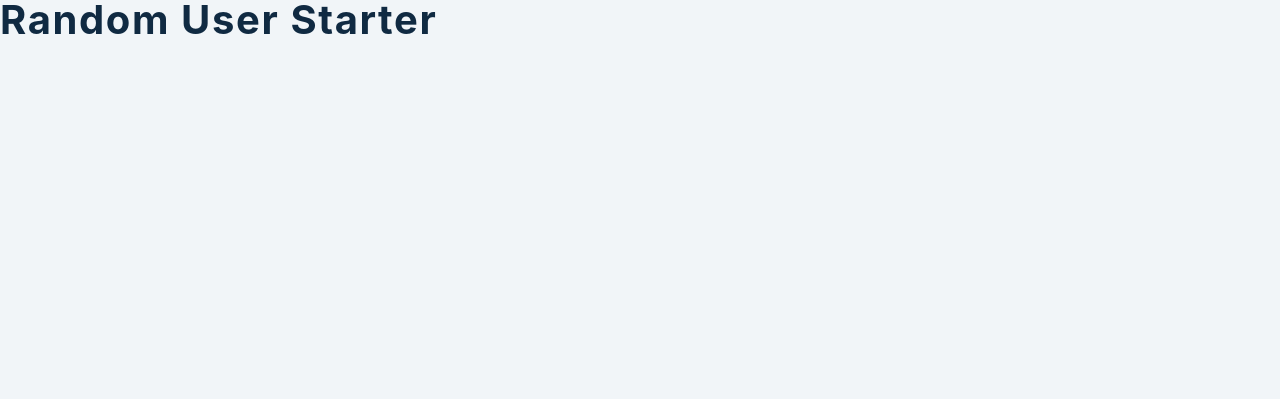
Repository: bodescuanamariia/random-user-generator
Page: /
The author's editor kept a copy of each file at every save. The page is drawn from the files as they stood at one save, then again after the next save.
The browser window is 1280 px wide. The pictures show the whole page.
The project was rebuilt for these pictures with package versions that can differ from the ones it lists, and the page was loaded fresh each time.

Above is the page before, as saved 2022-05-11 11:17:44.

### src/index.css
/*
===============
Variables
===============
*/

:root {
  /* dark shades of primary color*/
  --clr-primary-1: hsl(205, 86%, 17%);
  --clr-primary-2: hsl(205, 77%, 27%);
  --clr-primary-3: hsl(205, 72%, 37%);
  --clr-primary-4: hsl(205, 63%, 48%);
  /* primary/main color */
  --clr-primary-5: hsl(205, 78%, 60%);
  /* lighter shades of primary color */
  --clr-primary-6: hsl(205, 89%, 70%);
  --clr-primary-7: hsl(205, 90%, 76%);
  --clr-primary-8: hsl(205, 86%, 81%);
  --clr-primary-9: hsl(205, 90%, 88%);
  --clr-primary-10: hsl(205, 100%, 96%);
  /* darkest grey - used for headings */
  --clr-grey-1: hsl(209, 61%, 16%);
  --clr-grey-2: hsl(211, 39%, 23%);
  --clr-grey-3: hsl(209, 34%, 30%);
  --clr-grey-4: hsl(209, 28%, 39%);
  /* grey used for paragraphs */
  --clr-grey-5: hsl(210, 22%, 49%);
  --clr-grey-6: hsl(209, 23%, 60%);
  --clr-grey-7: hsl(211, 27%, 70%);
  --clr-grey-8: hsl(210, 31%, 80%);
  --clr-grey-9: hsl(212, 33%, 89%);
  --clr-grey-10: hsl(210, 36%, 96%);
  --clr-white: #fff;
  --clr-red-dark: hsl(360, 67%, 44%);
  --clr-red-light: hsl(360, 71%, 66%);
  --clr-green-dark: hsl(125, 67%, 44%);
  --clr-green-light: hsl(125, 71%, 66%);
  --clr-black: #222;
  --transition: all 0.3s linear;
  --spacing: 0.1rem;
  --radius: 0.25rem;
  --light-shadow: 0 5px 15px rgba(0, 0, 0, 0.1);
  --dark-shadow: 0 5px 15px rgba(0, 0, 0, 0.2);
  --max-width: 1170px;
  --fixed-width: 620px;
}
/*
===============
Global Styles
===============
*/

*,
::after,
::before {
  margin: 0;
  padding: 0;
  box-sizing: border-box;
}
body {
  font-family: -apple-system, BlinkMacSystemFont, "Segoe UI", Roboto, Oxygen,
    Ubuntu, Cantarell, "Open Sans", "Helvetica Neue", sans-serif;
  background: var(--clr-grey-10);
  color: var(--clr-grey-1);
  line-height: 1.5;
  font-size: 0.875rem;
}
ul {
  list-style-type: none;
}
a {
  text-decoration: none;
}
h1,
h2,
h3,
h4 {
  letter-spacing: var(--spacing);
  text-transform: capitalize;
  line-height: 1.25;
  margin-bottom: 0.75rem;
}
h1 {
  font-size: 2.5rem;
}
h2 {
  font-size: 2rem;
}
h3 {
  font-size: 1.25rem;
}
h4 {
  font-size: 0.875rem;
}
p {
  margin-bottom: 1.25rem;
  color: var(--clr-grey-3);
}
@media screen and (min-width: 800px) {
  h1 {
    font-size: 3rem;
  }
  h2 {
    font-size: 2.5rem;
  }
  h3 {
    font-size: 1.75rem;
  }
  h4 {
    font-size: 1rem;
  }
  body {
    font-size: 1rem;
  }
  h1,
  h2,
  h3,
  h4 {
    line-height: 1;
  }
}
/*  global classes */

.btn {
  text-transform: uppercase;
  background: var(--clr-primary-5);
  color: var(--clr-white);
  padding: 0.375rem 0.75rem;
  letter-spacing: var(--spacing);
  display: block;
  transition: var(--transition);
  font-size: 0.875rem;
  border: 2px solid var(--clr-primary-5);
  cursor: pointer;
  box-shadow: 0 1px 3px rgba(0, 0, 0, 0.2);
  border-radius: var(--radius);
}
.btn:hover {
  color: var(--clr-primary-5);
  background: var(--clr-primary-1);
  border-color: var(--clr-primary-1);
}
/* section */
.section {
  padding: 5rem 0;
}

.section-center {
  width: 90vw;
  margin: 0 auto;
  max-width: 1170px;
}
@media screen and (min-width: 992px) {
  .section-center {
    width: 95vw;
  }
}

/* container */
.block {
  min-height: 50vh;
}
.bcg-black {
  background: #2c2e31;
}

.container {
  width: 90vw;
  max-width: 730px;
  background: var(--clr-white);
  margin: 0 auto;
  margin-top: -200px;
  border-radius: var(--radius);
  position: relative;
  text-align: center;
  padding: 1.5rem;
  box-shadow: var(--dark-shadow);
}

.container::before {
  content: "";
  position: absolute;
  top: 0;
  left: 0;
  width: 100%;
  height: 130px;
  background: var(--clr-grey-10);
  border-top-left-radius: var(--radius);
  border-top-right-radius: var(--radius);
  border-bottom: 1px solid rgba(0, 0, 0, 0.25);
}
.container img {
  width: 150px;
  height: 150px;
  position: relative;
  border-radius: 50%;
  padding: 5px;
  background: var(--clr-white);
  border: 1px solid rgba(0, 0, 0, 0.25);
  margin-bottom: 2rem;
  box-shadow: var(--dark-shadow);
}

.user-title {
  font-size: 18px;
  margin-bottom: 0;
}
.user-value {
  color: var(--clr-grey-1);
  font-size: 28px;
}
.values-list {
  display: grid;
  grid-template-columns: repeat(6, 1fr);
  justify-content: center;
}
.icon {
  background: transparent;
  border: transparent;
  font-size: 1.5rem;
  cursor: pointer;
  color: var(--clr-grey-5);
  transition: var(--transition);
}
.icon:hover {
  color: var(--clr-primary-5);
}
.active {
  color: var(--clr-primary-5);
}
.btn {
  margin: 0 auto;
  margin-top: 1.5rem;
}

@media screen and (min-width: 800px) {
  .user-value {
    font-size: 38px;
  }
  .icon {
    font-size: 2rem;
  }
}

### src/App.js
import React, { useState, useEffect } from "react";
import {
  FaEnvelopeOpen,
  FaUser,
  FaCalendarTimes,
  FaMap,
  FaPhone,
  FaLock,
} from "react-icons/fa";
const url = "https://randomuser.me/api/";
const defaultImage = "https://randomuser.me/api/portraits/men/75.jpg";
function App() {
  const [loading, setLoading] = useState(true);
  const [person, setPerson] = useState(null);
  const [title, setTitle] = useState("name");
  const [value, setValue] = useState("random person");

  return <h2>random user starter</h2>;
}

export default App;

Loaded but not shown: public/index.html (common file); src/index.js (common file)

After the next save:
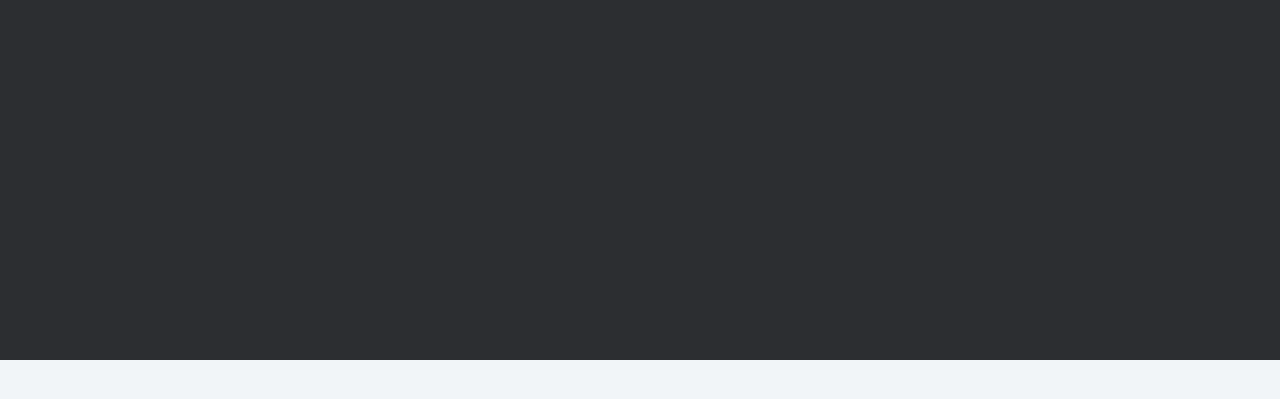
Saved 72 s later.
--- a/src/App.js
+++ b/src/App.js
@@ -15,7 +15,16 @@ function App() {
   const [title, setTitle] = useState("name");
   const [value, setValue] = useState("random person");
 
-  return <h2>random user starter</h2>;
+  const handleValue = (e) => {
+    console.log(e.target.value);
+  };
+
+  return (
+    <main>
+      <div className="block bcg-black"></div>
+      <div className="block"></div>
+    </main>
+  );
 }
 
 export default App;
